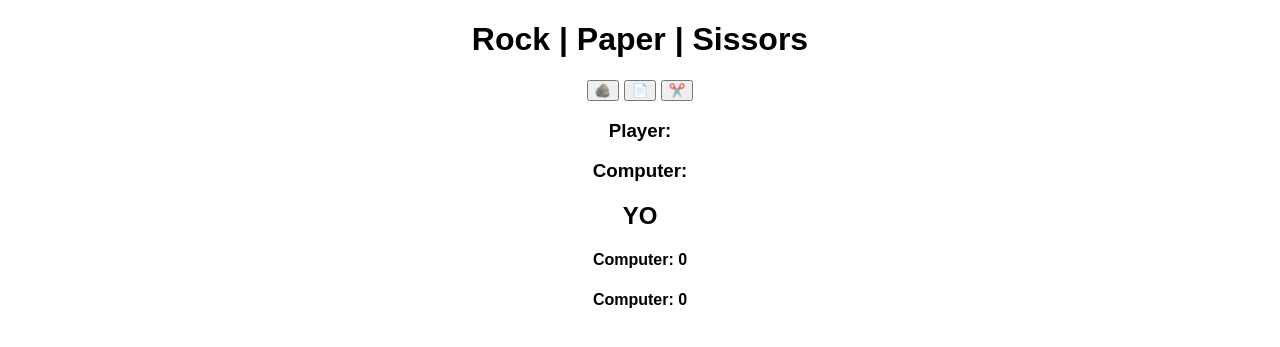
Repository: SakthivelDurai47/Rock-Paper-Sissors
Page: index.html
These files come from the project's save history. The page is drawn as it stood at one moment and after the next save; the edit follows.
The browser window is 1280 px wide. The pictures show the whole page.

Above is the page before, as saved 2025-04-14 22:02:58.

After the next save:
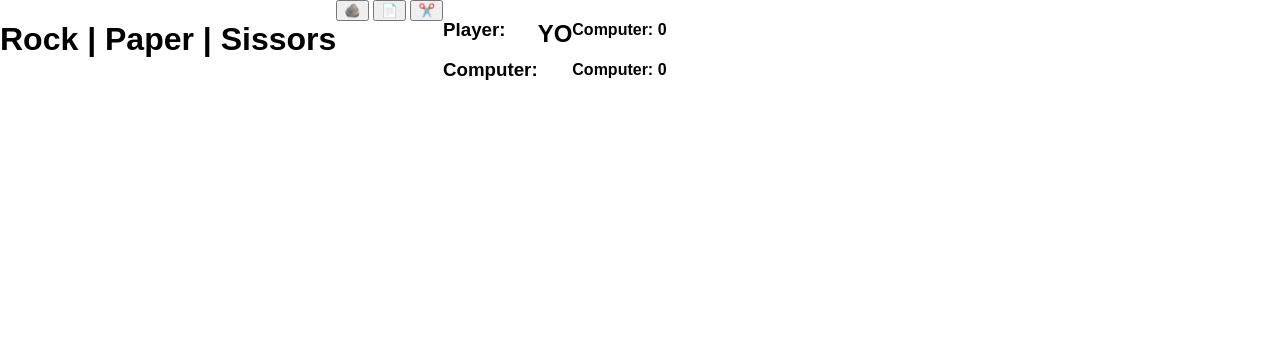
Saved 2 min 10 s later.
--- a/styles.css
+++ b/styles.css
@@ -1,5 +1,5 @@
 body {
   margin: 0;
-  font-family: Arial, Helvetica, sans-serif;
-  text-align: center;
+  font-family: Arial, sans-serif;
+  display: flex;
 }
